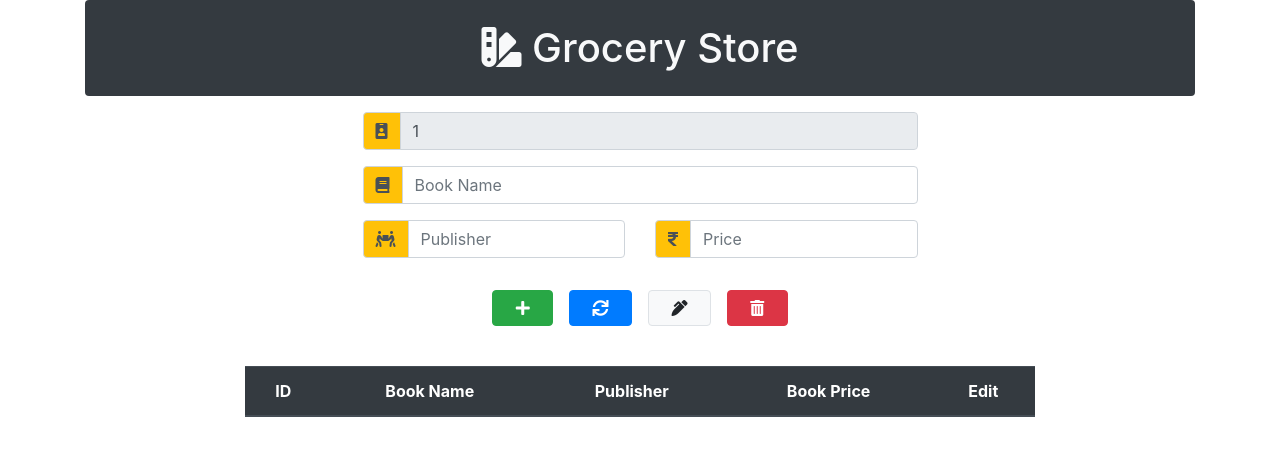
Repository: abhishekhy10/phpcrud
Page: http://localhost/crud/index.php
An editor plug-in stored every save of this project. The page is shown before and after the next save, followed by the edit.
The browser window is 1280 px wide. The pictures show the whole page.
Some web libraries are served in a nearby version. The page is run by PHP 8.4 with error messages shown; the project is at /var/www/html/. Queries for data that is not in the repository find no rows.

Above is the page before, as saved 2021-10-13 17:49:16.

### crud/index.php
<?php

require_once ("../crud/php/component.php");
require_once ("../crud/php/operation.php");
?>

<!doctype html>
<html lang="en">
<head>
    <meta charset="UTF-8">
    <meta name="viewport"
          content="width=device-width, user-scalable=no, initial-scale=1.0, maximum-scale=1.0, minimum-scale=1.0">
    <meta http-equiv="X-UA-Compatible" content="ie=edge">
    <title>Books</title>

    <link rel="stylesheet" href="https://use.fontawesome.com/releases/v5.8.2/css/all.css" integrity="sha384-oS3vJWv+0UjzBfQzYUhtDYW+Pj2yciDJxpsK1OYPAYjqT085Qq/1cq5FLXAZQ7Ay" crossorigin="anonymous">
    <link rel="stylesheet" href="https://stackpath.bootstrapcdn.com/bootstrap/4.3.1/css/bootstrap.min.css" integrity="sha384-ggOyR0iXCbMQv3Xipma34MD+dH/1fQ784/j6cY/iJTQUOhcWr7x9JvoRxT2MZw1T" crossorigin="anonymous">

    <!-- Custom stylesheet -->
    <link rel="stylesheet" href="style.css">

</head>
<body>

<main>
    <div class="container text-center">
        <h1 class="py-4 bg-dark text-light rounded"><i class="fas fa-swatchbook"></i> Grocery Store</h1>

        <div class="d-flex justify-content-center">
            <form action="" method="post" class="w-50">
                <div class="pt-2">
                    <?php inputElement("<i class='fas fa-id-badge'></i>","ID", "book_id",setID()); ?>
                </div>
                <div class="pt-2">
                    <?php inputElement("<i class='fas fa-book'></i>","Book Name", "item_name",""); ?>
                </div>
                <div class="row pt-2">
                    <div class="col">
                        <?php inputElement("<i class='fas fa-people-carry'></i>","Publisher", "detail",""); ?>
                    </div>
                    <div class="col">
                        <?php inputElement("<i class='fas fa-rupee-sign'></i>","Price", "price",""); ?>
                    </div>
                </div>
                <div class="d-flex justify-content-center">
                        <?php buttonElement("btn-create","btn btn-success","<i class='fas fa-plus'></i>","create","data-toggle='tooltip' data-placement='bottom' title='Create'"); ?>
                        <?php buttonElement("btn-read","btn btn-primary","<i class='fas fa-sync'></i>","read","data-toggle='tooltip' data-placement='bottom' title='Read'"); ?>
                        <?php buttonElement("btn-update","btn btn-light border","<i class='fas fa-pen-alt'></i>","update","data-toggle='tooltip' data-placement='bottom' title='Update'"); ?>
                        <?php buttonElement("btn-delete","btn btn-danger","<i class='fas fa-trash-alt'></i>","delete","data-toggle='tooltip' data-placement='bottom' title='Delete'"); ?>
                        <?php deleteBtn();?>
                </div>
            </form>
        </div>

        <!-- Bootstrap table  -->
        <div class="d-flex table-data">
            <table class="table table-striped table-dark">
                <thead class="thead-dark">
                    <tr>
                        <th>ID</th>
                        <th>Book Name</th>
                        <th>Publisher</th>
                        <th>Book Price</th>
                        <th>Edit</th>
                    </tr>
                </thead>
                <tbody id="tbody">
                   <?php


                   if(isset($_POST['read'])){
                       $result = getData();

                       if($result){

                           while ($row = mysqli_fetch_assoc($result)){ ?>

                               <tr>
                                   <td data-id="<?php echo $row['id']; ?>"><?php echo $row['id']; ?></td>
                                   <td data-id="<?php echo $row['id']; ?>"><?php echo $row['book_name']; ?></td>
                                   <td data-id="<?php echo $row['id']; ?>"><?php echo $row['book_publisher']; ?></td>
                                   <td data-id="<?php echo $row['id']; ?>"><?php echo '$' . $row['book_price']; ?></td>
                                   <td ><i class="fas fa-edit btnedit" data-id="<?php echo $row['id']; ?>"></i></td>
                               </tr>

                   <?php
                           }

                       }
                   }


                   ?>
                </tbody>
            </table>
        </div>


    </div>
</main>


<script src="https://code.jquery.com/jquery-3.3.1.slim.min.js" integrity="sha384-q8i/X+965DzO0rT7abK41JStQIAqVgRVzpbzo5smXKp4YfRvH+8abtTE1Pi6jizo" crossorigin="anonymous"></script>
<script src="https://cdnjs.cloudflare.com/ajax/libs/popper.js/1.14.7/umd/popper.min.js" integrity="sha384-UO2eT0CpHqdSJQ6hJty5KVphtPhzWj9WO1clHTMGa3JDZwrnQq4sF86dIHNDz0W1" crossorigin="anonymous"></script>
<script src="https://stackpath.bootstrapcdn.com/bootstrap/4.3.1/js/bootstrap.min.js" integrity="sha384-JjSmVgyd0p3pXB1rRibZUAYoIIy6OrQ6VrjIEaFf/nJGzIxFDsf4x0xIM+B07jRM" crossorigin="anonymous"></script>

<script src="../crud/php/main.js"></script>
</body>
</html>

### crud/php/component.php
<?php

function inputElement($icon, $placeholder, $name, $value){
    $ele = "

        <div class=\"input-group mb-2\">
                        <div class=\"input-group-prepend\">
                            <div class=\"input-group-text bg-warning\">$icon</div>
                        </div>
                        <input type=\"text\" name='$name' value='$value' autocomplete=\"off\" placeholder='$placeholder' class=\"form-control\" id=\"inlineFormInputGroup\" placeholder=\"Username\">
                    </div>

    ";
    echo $ele;
}

function buttonElement($btnid, $styleclass, $text, $name, $attr){
    $btn = "
        <button name='$name' '$attr' class='$styleclass' id='$btnid'>$text</button>
    ";
    echo $btn;
}

### crud/php/operation.php
<?php
require_once ("db.php");
require_once ("component.php");

$con = Createdb();

// create button click
if(isset($_POST['create'])){
    createData();
}

if(isset($_POST['update'])){
    UpdateData();
}

if(isset($_POST['delete'])){
    deleteRecord();
}

if(isset($_POST['deleteall'])){
    deleteAll();

}

function createData(){
    $bookname = textboxValue("book_name");
    $bookpublisher = textboxValue("book_publisher");
    $bookprice = textboxValue("book_price");

    if($bookname && $bookpublisher && $bookprice){

        $sql = "INSERT INTO books (book_name, book_publisher, book_price)
                        VALUES ('$bookname','$bookpublisher','$bookprice')";

        if(mysqli_query($GLOBALS['con'], $sql)){
            TextNode("success", "Record Successfully Inserted...!");
        }else{
            echo "Error";
        }

    }else{
            TextNode("error", "Provide Data in the Textbox");
    }
}

function textboxValue($value){
    $textbox = mysqli_real_escape_string($GLOBALS['con'], trim($_POST[$value]));
    if(empty($textbox)){
        return false;
    }else{
        return $textbox;
    }
}


// messages
function TextNode($classname, $msg){
    $element = "<h6 class='$classname'>$msg</h6>";
    echo $element;
}


// get data from mysql database
function getData(){
    $sql = "SELECT * FROM books";

    $result = mysqli_query($GLOBALS['con'], $sql);

    if(mysqli_num_rows($result) > 0){
        return $result;
    }
}

// update dat
function UpdateData(){
    $bookid = textboxValue("book_id");
    $bookname = textboxValue("book_name");
    $bookpublisher = textboxValue("book_publisher");
    $bookprice = textboxValue("book_price");

    if($bookname && $bookpublisher && $bookprice){
        $sql = "
                    UPDATE books SET book_name='$bookname', book_publisher = '$bookpublisher', book_price = '$bookprice' WHERE id='$bookid';
        ";

        if(mysqli_query($GLOBALS['con'], $sql)){
            TextNode("success", "Data Successfully Updated");
        }else{
            TextNode("error", "Enable to Update Data");
        }

    }else{
        TextNode("error", "Select Data Using Edit Icon");
    }


}


function deleteRecord(){
    $bookid = (int)textboxValue("book_id");

    $sql = "DELETE FROM books WHERE id=$bookid";

    if(mysqli_query($GLOBALS['con'], $sql)){
        TextNode("success","Record Deleted Successfully...!");
    }else{
        TextNode("error","Enable to Delete Record...!");
    }

}


function deleteBtn(){
    $result = getData();
    $i = 0;
    if($result){
        while ($row = mysqli_fetch_assoc($result)){
            $i++;
            if($i > 3){
                buttonElement("btn-deleteall", "btn btn-danger" ,"<i class='fas fa-trash'></i> Delete All", "deleteall", "");
                return;
            }
        }
    }
}


function deleteAll(){
    $sql = "DROP TABLE books";

    if(mysqli_query($GLOBALS['con'], $sql)){
        TextNode("success","All Record deleted Successfully...!");
        Createdb();
    }else{
        TextNode("error","Something Went Wrong Record cannot deleted...!");
    }
}


// set id to textbox
function setID(){
    $getid = getData();
    $id = 0;
    if($getid){
        while ($row = mysqli_fetch_assoc($getid)){
            $id = $row['id'];
        }
    }
    return ($id + 1);
}

### crud/php/db.php
<?php

function Createdb(){
    $servername = "localhost";
    $username = "root";
    $password = "";
    $dbname = "bookstore";

    // create connection
    $con = mysqli_connect($servername, $username, $password);

    // Check Connection
    if (!$con){
        die("Connection Failed : " . mysqli_connect_error());
    }

    // create Database
    $sql = "CREATE DATABASE IF NOT EXISTS $dbname";

    if(mysqli_query($con, $sql)){
        $con = mysqli_connect($servername, $username, $password, $dbname);

        $sql = "
                        CREATE TABLE IF NOT EXISTS books(
                            id INT(11) NOT NULL AUTO_INCREMENT PRIMARY KEY,
                            book_name VARCHAR (25) NOT NULL,
                            book_publisher VARCHAR (20),
                            book_price FLOAT
                        );
        ";

        if(mysqli_query($con, $sql)){
            return $con;
        }else{
            echo "Cannot Create table...!";
        }

    }else{
        echo "Error while creating database ". mysqli_error($con);
    }

}

### crud/style.css


.d-flex button{
    margin: 1.5em 0.5em;
    padding: 0.3em 1.4em;
}

.d-flex table{
    margin: 1em 10em;
}

table .btnedit{
    color: lightsalmon;
    cursor: pointer;
}

.success{
    background-color: lightgreen;
    padding: 1em;
}

.error{
    background-color: rgb(255, 71, 163);
    padding: 1em;
}

### crud/php/main.js
let id = $("input[name*='book_id']")
id.attr("readonly","readonly");


$(".btnedit").click( e =>{
    let textvalues = displayData(e);

    ;
    let bookname = $("input[name*='book_name']");
    let bookpublisher = $("input[name*='book_publisher']");
    let bookprice = $("input[name*='book_price']");

    id.val(textvalues[0]);
    bookname.val(textvalues[1]);
    bookpublisher.val(textvalues[2]);
    bookprice.val(textvalues[3].replace("$", ""));
});


function displayData(e) {
    let id = 0;
    const td = $("#tbody tr td");
    let textvalues = [];

    for (const value of td){
        if(value.dataset.id == e.target.dataset.id){
           textvalues[id++] = value.textContent;
        }
    }
    return textvalues;

}

After the next save:
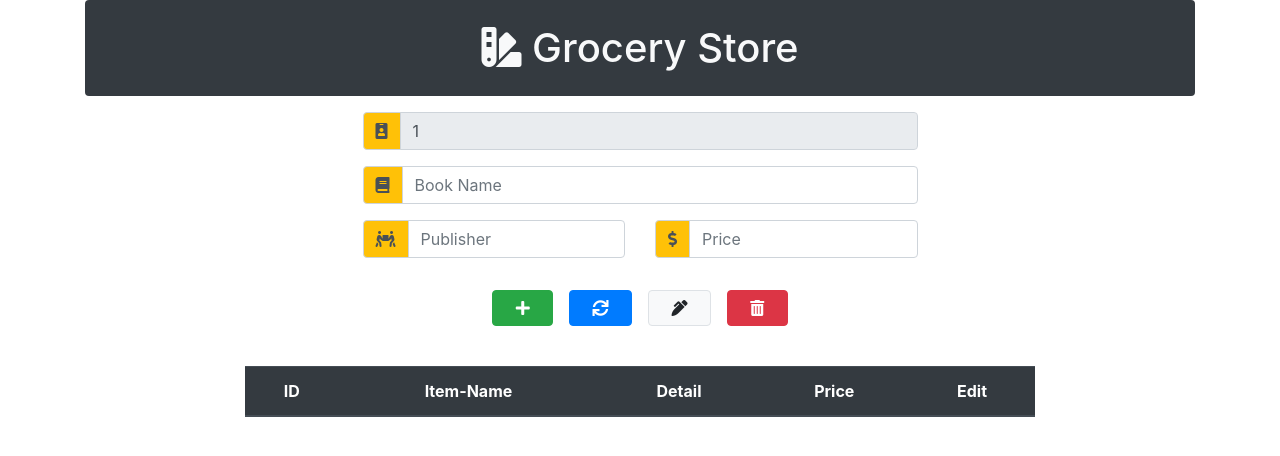
Saved 3 min 28 s later.
--- a/crud/index.php
+++ b/crud/index.php
@@ -32,14 +32,14 @@ require_once ("../crud/php/operation.php");
                     <?php inputElement("<i class='fas fa-id-badge'></i>","ID", "book_id",setID()); ?>
                 </div>
                 <div class="pt-2">
-                    <?php inputElement("<i class='fas fa-book'></i>","Book Name", "item_name",""); ?>
+                    <?php inputElement("<i class='fas fa-book'></i>","Book Name", "book_name",""); ?>
                 </div>
                 <div class="row pt-2">
                     <div class="col">
-                        <?php inputElement("<i class='fas fa-people-carry'></i>","Publisher", "detail",""); ?>
+                        <?php inputElement("<i class='fas fa-people-carry'></i>","Publisher", "book_publisher",""); ?>
                     </div>
                     <div class="col">
-                        <?php inputElement("<i class='fas fa-rupee-sign'></i>","Price", "price",""); ?>
+                        <?php inputElement("<i class='fas fa-dollar-sign'></i>","Price", "book_price",""); ?>
                     </div>
                 </div>
                 <div class="d-flex justify-content-center">
@@ -58,9 +58,9 @@ require_once ("../crud/php/operation.php");
                 <thead class="thead-dark">
                     <tr>
                         <th>ID</th>
-                        <th>Book Name</th>
-                        <th>Publisher</th>
-                        <th>Book Price</th>
+                        <th>Item-Name</th>
+                        <th>Detail</th>
+                        <th>Price</th>
                         <th>Edit</th>
                     </tr>
                 </thead>
